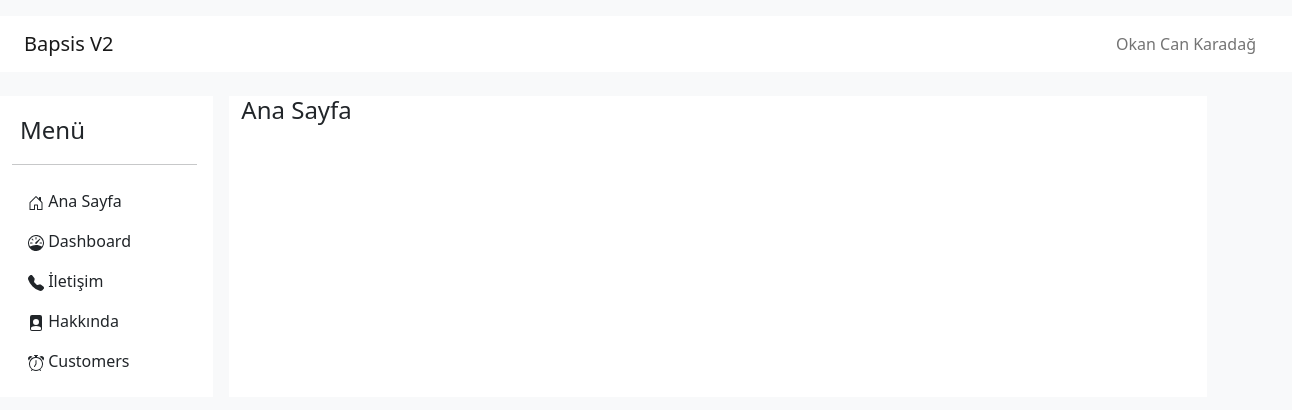
Repository: okankrdg/ReactCoreTemplate
Page: / (app in ReactCoreTemplate/client/)
The author's editor kept a copy of each file at every save. The page is drawn from the files as they stood at one save, then again after the next save.
The browser window is 1280 px wide. The page is 1292 px wide, then 1280 px, so the pictures cover 1292 px, including what lies to the right of the window. The pictures show the whole page.
The project was rebuilt for these pictures with package versions that can differ from the ones it lists, and the page was loaded fresh each time. Also part of the build but not shown: ReactCoreTemplate/client/src/App.css.

Above is the page before, as saved 2021-09-06 23:24:51.

### ReactCoreTemplate/client/src/App.js
import "./App.css";
import Layout from "./components/Layout";
import { Route, Switch } from "react-router-dom";
import { About, Dashboard, Home, Contact } from "./Pages/NavLinkComps";
function App() {
  return (
    <Layout>
      <div className="col-md-9 bg-white mx-2">
        <Switch>
          <Route path="/about">
            <About />
          </Route>
          <Route path="/dashboard">
            <Dashboard />
          </Route>
          <Route exact path="/">
            <Home />
          </Route>
          <Route path="/contact">
            <Contact />
          </Route>
        </Switch>
      </div>
    </Layout>
  );
}

export default App;

### ReactCoreTemplate/client/src/components/Layout.js
import Header from "./Header";
import NavigationMenu from "./NavigationMenu";
import "../dist/bootstrap/bootstrap.min.css";
const Layout = ({ children }) => {
  return (
    <div className="row py-3" style={{ backgroundColor: "#f8f9fa" }}>
      <Header />
      <NavigationMenu />
      {children}
    </div>
  );
};
export default Layout;

### ReactCoreTemplate/client/src/Pages/NavLinkComps.js
const Home = () => {
  return <h4>Ana Sayfa</h4>;
};
const Dashboard = () => {
  return <h4>Dashboard</h4>;
};
const About = () => {
  return <h4>Hakkında</h4>;
};
const Contact = () => {
  return <h4>İletişim</h4>;
};
export { Home, Dashboard, About, Contact };

### ReactCoreTemplate/client/src/components/Header.js
import { Navbar, Container } from "react-bootstrap";
const Header = () => {
  return (
    <Navbar className="mb-4 bg-white">
      <Container fluid>
        <Navbar.Brand href="#home">Bapsis V2</Navbar.Brand>
        <Navbar.Toggle />
        <Navbar.Collapse className="justify-content-end">
          <Navbar.Text>Okan Can Karadağ</Navbar.Text>
        </Navbar.Collapse>
      </Container>
    </Navbar>
  );
};
export default Header;

### ReactCoreTemplate/client/src/components/NavigationMenu.js
import * as Icon from "react-bootstrap-icons";
import { Link } from "react-router-dom";
const NavigationMenu = () => {
  return (
    <div className="d-flex flex-column p-3 bg-white mx-2 col-md-2">
      <a
        href="/"
        className="d-flex align-items-center mx-2 link-dark text-decoration-none"
      >
        <span className="fs-4">Menü</span>
      </a>
      <hr></hr>
      <ul className="nav nav-pills flex-column mb-auto">
        <li className="nav-item">
          <Link to="/" className="text-decoration-none">
            <button className="nav-link link-dark">
              <Icon.HouseDoor /> Ana Sayfa
            </button>
          </Link>
        </li>
        <li>
          <Link to="/dashboard" className="text-decoration-none">
            <button className="nav-link link-dark">
              <Icon.Speedometer /> Dashboard
            </button>
          </Link>
        </li>
        <li>
          <Link to="/contact" className="text-decoration-none">
            <button className="nav-link link-dark">
              <Icon.TelephoneFill /> İletişim
            </button>
          </Link>
        </li>
        <li>
          <Link to="/about" className="text-decoration-none">
            <button className="nav-link link-dark">
              <Icon.FilePersonFill /> Hakkında
            </button>
          </Link>
        </li>
        <li>
          <Link to="/" className="text-decoration-none">
            <button className="nav-link link-dark">
              <Icon.Alarm /> Customers
            </button>
          </Link>
        </li>
      </ul>
    </div>
  );
};
export default NavigationMenu;

Loaded but not shown: ReactCoreTemplate/client/public/index.html (common file); ReactCoreTemplate/client/src/index.js (common file); ReactCoreTemplate/client/src/index.css (common file); ReactCoreTemplate/client/src/dist/bootstrap/bootstrap.min.css (library); ReactCoreTemplate/client/src/App.css (no copy from this time; the picture is the same without it)

After the next save:
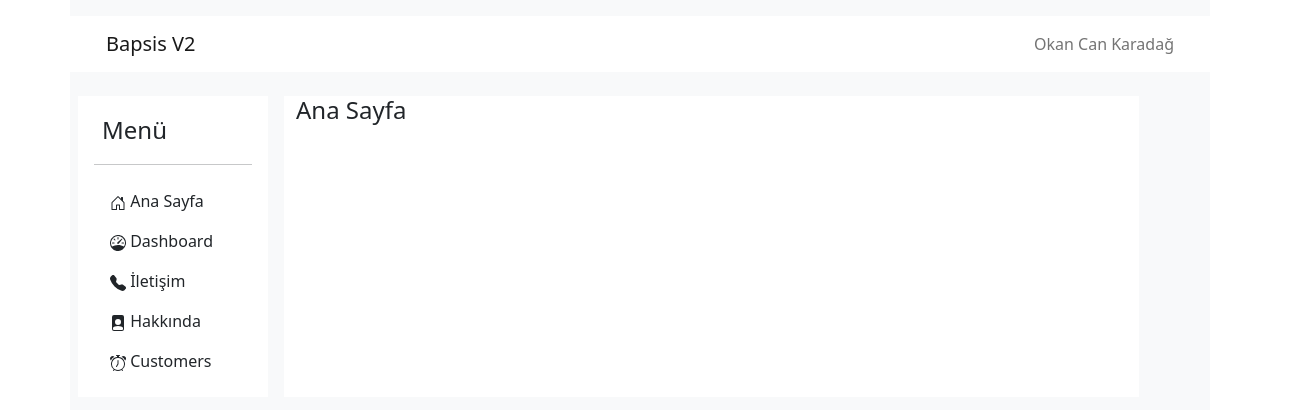
Saved 23 s later.
--- a/ReactCoreTemplate/client/src/components/Layout.js
+++ b/ReactCoreTemplate/client/src/components/Layout.js
@@ -3,10 +3,12 @@ import NavigationMenu from "./NavigationMenu";
 import "../dist/bootstrap/bootstrap.min.css";
 const Layout = ({ children }) => {
   return (
-    <div className="row py-3" style={{ backgroundColor: "#f8f9fa" }}>
-      <Header />
-      <NavigationMenu />
-      {children}
+    <div className="container">
+      <div className="row py-3" style={{ backgroundColor: "#f8f9fa" }}>
+        <Header />
+        <NavigationMenu />
+        {children}
+      </div>
     </div>
   );
 };
